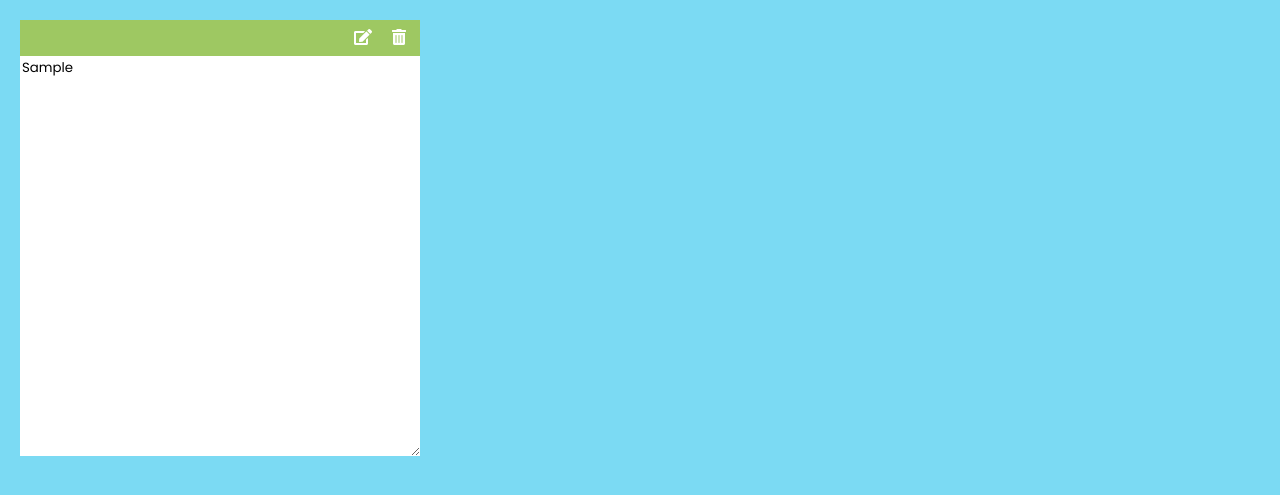
Repository: kate30980/projects-js-practice
Page: notes-app/index.html
The author's editor kept a copy of each file at every save. The page is drawn from the files as they stood at one save, then again after the next save.
The browser window is 1280 px wide. The pictures show the whole page.
Empty fields were first filled with sample values (such as "Sample", 5 or name@example.com).
After loading, the first visible `button.edit` was clicked once.
Some web libraries are served in a nearby version.

Above is the page before, as saved 2021-09-12 09:20:00.

### notes-app/index.html
<!DOCTYPE html>
<html lang="en">

<head>
    <meta charset="UTF-8" />
    <meta name="viewport" content="width=device-width, initial-scale=1.0" />
    <title>Notes App</title>
    <link rel="stylesheet" href="style.css" />
    <link rel="stylesheet" href="https://cdnjs.cloudflare.com/ajax/libs/font-awesome/5.15.4/css/all.min.css">
    <script src="https://cdnjs.cloudflare.com/ajax/libs/marked/3.0.3/marked.min.js"></script>
    <script src="script.js" defer></script>
</head>

<body>
    <div class="notes">
        <div class="tools">
            <button class="edit"><i class="fas fa-edit"></i></button>
            <button class="delete"><i class="fas fa-trash-alt"></i></button>
        </div>
        <div class="main">
        </div>
        <textarea></textarea>
    </div>
</body>

</html>

### notes-app/style.css
@import url("https://fonts.googleapis.com/css2?family=Poppins:wght@200;400;600&display=swap");

* {
  box-sizing: border-box;
}

body {
  font-family: "Poppins", sans-serif;
  margin: 0;
  background-color: #7bdaf3;
  display: flex;
  flex-wrap: wrap;
}
.notes {
  width: 400px;
  height: 400px;
  background-color: white;
  margin: 20px;
}
.notes .tools{
    background-color:#9ec862;
    padding: 0 .5rem;
    display: flex;
    justify-content: flex-end;
    padding: 0.5rem;
}
.notes .tools button{
    background-color:transparent;
    border: none;
    color: white;
    font-size: 1rem;
    margin-left: .5rem;
}
.notes .main{
    width: 100%;height: 100%;
    display: none;
}
.notes textarea{
    width: 100%;height: 100%;
    border: none;
    font-family: inherit;
    outline: none;
}

### notes-app/script.js
const notesEl = document.querySelector(".notes");
const editBtn = document.querySelector(".edit");
const deleteBtn = document.querySelector(".delete");
const main = notesEl.querySelector(".main");
const textArea = notesEl.querySelector("textarea");

editBtn.addEventListener("click", () => {
  main.classList.toggle("hidden");
  textArea.classList.toggle("hidden");
});

After the next save:
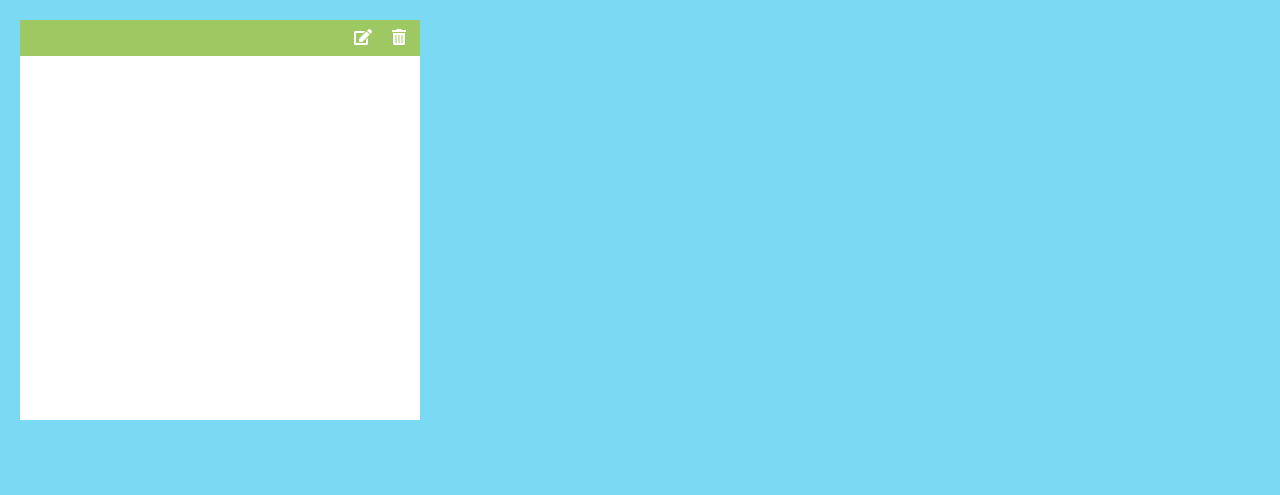
Saved 27 s later.
--- a/notes-app/style.css
+++ b/notes-app/style.css
@@ -41,3 +41,6 @@ body {
     font-family: inherit;
     outline: none;
 }
+.notes .hidden{
+    display: none;
+}
